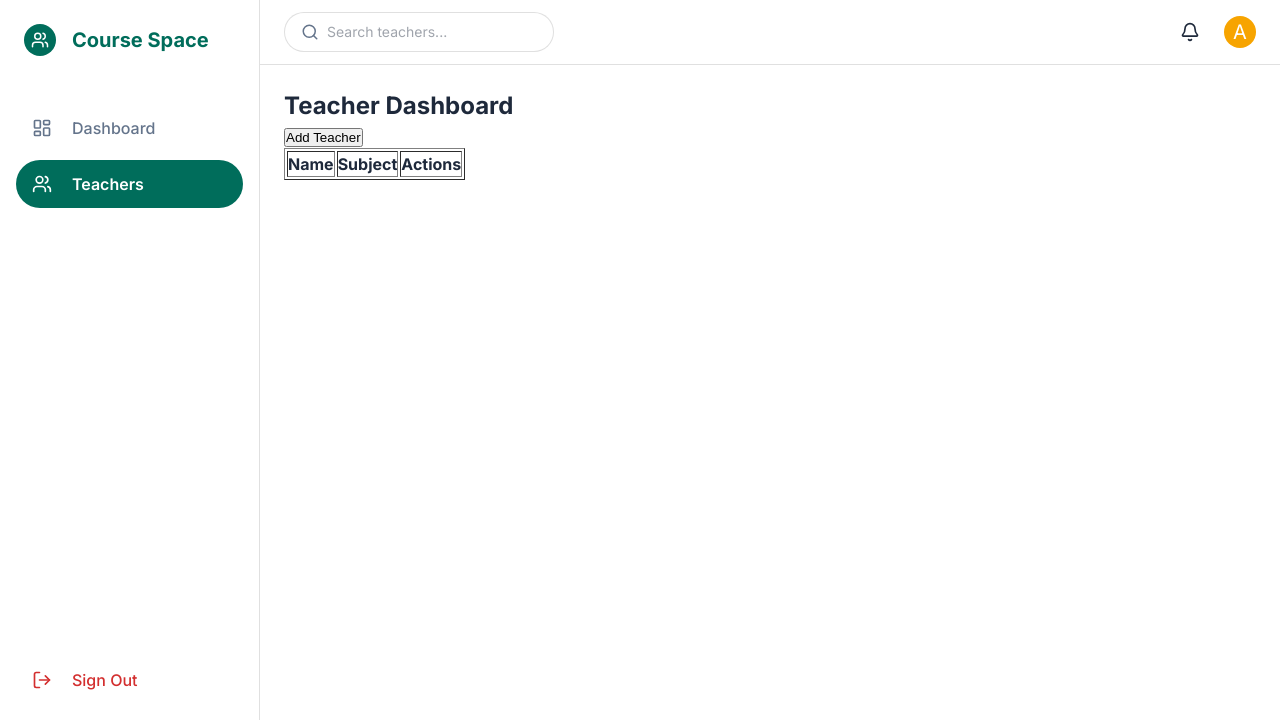
Repository: int-sonu/teacher_management_dashboard
Page: /teachers
The author's editor kept a copy of each file at every save. The page is drawn from the files as they stood at one save, then again after the next save.
The browser window is 1280 px wide. The pictures show the whole page.
The page's requests for data from a server got no answer. The project was rebuilt for these pictures with package versions that can differ from the ones it lists, and the page was loaded fresh each time. No one was signed in, and anything a server would have sent is missing. Also part of the build but not shown: vite.config.ts, src/components/layout/PublicLayout.tsx, src/pages/DashboardHome.tsx, src/features/teachers/TeacherForm.tsx, src/features/teachers/TeacherDetail.tsx, src/pages/LandingPage.tsx, src/api/axiosClient.ts, src/api/authApi.ts and 3 more.

Above is the page before, as saved 2026-03-26 02:49:27.

### index.html
<!DOCTYPE html>
<html lang="en">
  <head>
    <meta charset="UTF-8" />
    <link rel="icon" type="image/svg+xml" href="/vite.svg" />
    <meta name="viewport" content="width=device-width, initial-scale=1.0" />
    <title>TeacherOS - Professional Dashboard</title>
    <link rel="preconnect" href="https://fonts.googleapis.com">
    <link rel="preconnect" href="https://fonts.gstatic.com" crossorigin>
    <link href="https://fonts.googleapis.com/css2?family=Inter:wght@300;400;500;600;700;800;900&display=swap" rel="stylesheet">
  </head>
  <body>
    <div id="root"></div>
    <script type="module" src="/src/main.tsx"></script>
  </body>
</html>

### src/main.tsx
import { StrictMode } from 'react'
import { createRoot } from 'react-dom/client'
import { Provider } from 'react-redux'
import { store } from './app/store'
import App from './App.tsx'
import './styles/global.css'
import './styles/glassmorphism.css'

createRoot(document.getElementById('root')!).render(
  <StrictMode>
    <Provider store={store}>
      <App />
    </Provider>
  </StrictMode>,
)

### src/app/store.ts
import { configureStore } from '@reduxjs/toolkit';
import teacherReducer from '../features/teachers/teacherSlice';
import toastReducer from '../features/toast/toastSlice';

export const store = configureStore({
  reducer: {
    teachers: teacherReducer,
    toast: toastReducer,
  },
});

export type RootState = ReturnType<typeof store.getState>;
export type AppDispatch = typeof store.dispatch;

### src/App.tsx
import { BrowserRouter as Router, Routes, Route, Navigate } from 'react-router-dom';
import { ThemeProvider } from '@mui/material/styles';
import CssBaseline from '@mui/material/CssBaseline';
import theme from './theme';
import DashboardLayout from './components/layout/DashboardLayout';
import PublicLayout from './components/layout/PublicLayout';
import DashboardHome from './pages/DashboardHome';
import TeachersPage from './pages/TeachersPage';
import LandingPage from './pages/LandingPage';
import { AboutPage, ContactPage, AuthPage } from './pages/StaticPages';
import Toast from './components/common/Toast';

const App = () => {
  return (
    <ThemeProvider theme={theme}>
      <CssBaseline />
      <Router>
        <Routes>
          {/* Public Routes */}
          <Route path="/" element={<PublicLayout><LandingPage /></PublicLayout>} />
          <Route path="/about" element={<PublicLayout><AboutPage /></PublicLayout>} />
          <Route path="/contact" element={<PublicLayout><ContactPage /></PublicLayout>} />
          <Route path="/login" element={<PublicLayout><AuthPage mode="login" /></PublicLayout>} />
          <Route path="/register" element={<PublicLayout><AuthPage mode="register" /></PublicLayout>} />

          {/* Dashboard Routes */}
          <Route path="/dashboard" element={<DashboardLayout><DashboardHome /></DashboardLayout>} />
          <Route path="/teachers" element={<DashboardLayout><TeachersPage /></DashboardLayout>} />

          {/* Catch all */}
          <Route path="*" element={<Navigate to="/" replace />} />
        </Routes>
        <Toast />
      </Router>
    </ThemeProvider>
  );
};

export default App;

### src/features/teachers/teacherSlice.ts
import { createSlice, createAsyncThunk } from "@reduxjs/toolkit";
import * as api from "../../api/teacherApi";

export interface Teacher {
  id: number;
  name: string;
  subject: string;
}

interface TeacherState {
  teachers: Teacher[];
  selectedTeacher: Teacher | null;
  loading: boolean;
  error: string | null;
}

const initialState: TeacherState = {
  teachers: [],
  selectedTeacher: null,
  loading: false,
  error: null,
};

// 🔥 THUNKS

export const fetchTeachers = createAsyncThunk(
  "teachers/fetchAll",
  async () => await api.getTeachers()
);

// 🔥 FIXED (THIS WAS MISSING)
export const fetchTeacherById = createAsyncThunk(
  "teachers/fetchById",
  async (id: number) => await api.getTeacherById(id)
);

export const addTeacher = createAsyncThunk(
  "teachers/add",
  async (data: Teacher) => await api.createTeacher(data)
);

export const updateTeacher = createAsyncThunk(
  "teachers/update",
  async ({ id, data }: { id: number; data: Teacher }) =>
    await api.updateTeacher(id, data)
);

export const deleteTeacher = createAsyncThunk(
  "teachers/delete",
  async (id: number) => await api.deleteTeacherApi(id)
);

// 🔥 SLICE
const teacherSlice = createSlice({
  name: "teachers",
  initialState,
  reducers: {},
  extraReducers: (builder) => {
    builder
      // FETCH ALL
      .addCase(fetchTeachers.pending, (state) => {
        state.loading = true;
      })
      .addCase(fetchTeachers.fulfilled, (state, action) => {
        state.loading = false;
        state.teachers = action.payload.data || action.payload;
      })
      .addCase(fetchTeachers.rejected, (state) => {
        state.loading = false;
        state.error = "Failed to fetch";
      })

      // 🔥 FETCH BY ID
      .addCase(fetchTeacherById.fulfilled, (state, action) => {
        state.selectedTeacher = action.payload;
      })

      // ADD
      .addCase(addTeacher.fulfilled, (state, action) => {
        state.teachers.push(action.payload);
      })

      // UPDATE
      .addCase(updateTeacher.fulfilled, (state, action) => {
        const index = state.teachers.findIndex(
          (t) => t.id === action.payload.id
        );
        if (index !== -1) {
          state.teachers[index] = action.payload;
        }
      })

      // DELETE
      .addCase(deleteTeacher.fulfilled, (state, action) => {
        state.teachers = state.teachers.filter(
          (t) => t.id !== action.payload
        );
      });
  },
});

export default teacherSlice.reducer;

### src/features/toast/toastSlice.ts
import { createSlice } from '@reduxjs/toolkit';
import type { PayloadAction } from '@reduxjs/toolkit';

export interface ToastMessage {
  id: string;
  type: 'success' | 'error' | 'info';
  message: string;
}

interface ToastState {
  messages: ToastMessage[];
}

const initialState: ToastState = {
  messages: [],
};

const toastSlice = createSlice({
  name: 'toast',
  initialState,
  reducers: {
    showToast: (state, action: PayloadAction<Omit<ToastMessage, 'id'>>) => {
      const id = Date.now().toString();
      state.messages.push({ ...action.payload, id });
    },
    hideToast: (state, action: PayloadAction<string>) => {
      state.messages = state.messages.filter((m) => m.id !== action.payload);
    },
  },
});

export const { showToast, hideToast } = toastSlice.actions;
export default toastSlice.reducer;

### src/theme.ts
import { createTheme } from '@mui/material/styles';

const theme = createTheme({
  palette: {
    primary: {
      main: '#006d5b', // The deep green from the design
      contrastText: '#ffffff',
    },
    secondary: {
      main: '#f7a400', // The yellow/orange accent
    },
    background: {
      default: '#ffffff',
      paper: '#ffffff',
    },
    text: {
      primary: '#1e293b',
      secondary: '#64748b',
    },
  },
  typography: {
    fontFamily: '"Inter", "Roboto", "Helvetica", "Arial", sans-serif',
    h1: {
      fontWeight: 900,
      letterSpacing: '-0.02em',
    },
    h2: {
      fontWeight: 800,
      letterSpacing: '-0.01em',
    },
    button: {
      textTransform: 'none',
      fontWeight: 700,
    },
  },
  shape: {
    borderRadius: 12,
  },
  components: {
    MuiButton: {
      styleOverrides: {
        root: {
          padding: '10px 24px',
          boxShadow: 'none',
          '&:hover': {
            boxShadow: 'none',
          },
        },
        containedPrimary: {
          backgroundColor: '#006d5b',
          '&:hover': {
            backgroundColor: '#005a4a',
          },
        },
      },
    },
    MuiAppBar: {
      styleOverrides: {
        root: {
          backgroundColor: '#ffffff',
          color: '#1e293b',
          boxShadow: 'none',
          borderBottom: '1px solid #f1f5f9',
        },
      },
    },
  },
});

export default theme;

### src/components/layout/DashboardLayout.tsx
import React, { useState } from 'react';
import { NavLink, useLocation, useNavigate } from 'react-router-dom';
import {
  Box, Drawer, AppBar, Toolbar, Typography, List, ListItem,
  ListItemButton, ListItemIcon, ListItemText, IconButton, Avatar,
  InputBase, useTheme
} from '@mui/material';
import { LayoutDashboard, Users, LogOut, Search, Bell, Menu, Info, Mail } from 'lucide-react';

const DRAWER_WIDTH = 260;

const DashboardLayout: React.FC<{ children: React.ReactNode }> = ({ children }) => {
  const theme = useTheme();
  const location = useLocation();
  const navigate = useNavigate();
  const [mobileOpen, setMobileOpen] = useState(false);

  const handleDrawerToggle = () => {
    setMobileOpen(!mobileOpen);
  };

  const navItems = [
    { to: '/dashboard', icon: <LayoutDashboard size={20} />, label: 'Dashboard' },
    { to: '/teachers', icon: <Users size={20} />, label: 'Teachers' },

  ];

  const drawer = (
    <Box sx={{ display: 'flex', flexDirection: 'column', height: '100%' }}>
      <Box sx={{ p: 3, display: 'flex', alignItems: 'center', gap: 2, mb: 2 }}>
        <Box sx={{
          width: 32, height: 32, borderRadius: 2,
          bgcolor: 'primary.main', display: 'flex',
          alignItems: 'center', justifyContent: 'center'
        }}>
          <Users size={18} color="#fff" />
        </Box>
        <Typography variant="h6" fontWeight="bold" color="primary.main">
          Course Space
        </Typography>
      </Box>

      <List sx={{ px: 2, flex: 1 }}>
        {navItems.map((item) => {
          const isActive = location.pathname.startsWith(item.to);
          return (
            <ListItem key={item.to} disablePadding sx={{ mb: 1 }}>
              <ListItemButton
                component={NavLink}
                to={item.to}
                sx={{
                  borderRadius: 2,
                  bgcolor: isActive ? 'primary.main' : 'transparent',
                  color: isActive ? 'primary.contrastText' : 'text.secondary',
                  '&:hover': {
                    bgcolor: isActive ? 'rgba(0, 109, 91, 0.9)' : 'rgba(0,0,0,0.04)',
                  },
                }}
              >
                <ListItemIcon sx={{
                  color: 'inherit',
                  minWidth: 40
                }}>
                  {item.icon}
                </ListItemIcon>
                <ListItemText
                  primary={item.label}
                  primaryTypographyProps={{ fontWeight: isActive ? 600 : 500 }}
                />
              </ListItemButton>
            </ListItem>
          );
        })}
      </List>

      <Box sx={{ p: 2 }}>
        <ListItem disablePadding>
          <ListItemButton
            onClick={() => navigate('/')}
            sx={{ borderRadius: 2, color: 'error.main', '&:hover': { bgcolor: 'error.light', color: 'error.contrastText' } }}
          >
            <ListItemIcon sx={{ color: 'inherit', minWidth: 40 }}>
              <LogOut size={20} />
            </ListItemIcon>
            <ListItemText primary="Sign Out" primaryTypographyProps={{ fontWeight: 500 }} />
          </ListItemButton>
        </ListItem>
      </Box>
    </Box>
  );

  return (
    <Box sx={{ display: 'flex', minHeight: '100vh', bgcolor: 'background.default' }}>
      <AppBar
        position="fixed"
        sx={{
          width: { md: `calc(100% - ${DRAWER_WIDTH}px)` },
          ml: { md: `${DRAWER_WIDTH}px` },
          bgcolor: 'background.paper',
          borderBottom: '1px solid',
          borderColor: 'divider',
          boxShadow: 'none',
          color: 'text.primary',
          borderRadius: 0,
          p: 0,
        }}
      >
        <Toolbar sx={{ justifyContent: 'space-between' }}>
          <Box sx={{ display: 'flex', alignItems: 'center' }}>
            <IconButton
              color="inherit"
              edge="start"
              onClick={handleDrawerToggle}
              sx={{ mr: 2, display: { md: 'none' } }}
            >
              <Menu />
            </IconButton>

            <Box sx={{
              display: { xs: 'none', sm: 'flex' },
              alignItems: 'center',
              bgcolor: 'background.default',
              borderRadius: 3,
              px: 2, py: 0.5,
              border: '1px solid',
              borderColor: 'divider',
            }}>
              <Search size={18} color={theme.palette.text.secondary} />
              <InputBase
                placeholder="Search teachers..."
                sx={{ ml: 1, flex: 1, color: 'text.primary', fontSize: '0.875rem' }}
              />
            </Box>
          </Box>

          <Box sx={{ display: 'flex', alignItems: 'center', gap: 2 }}>
            <IconButton color="inherit">
              <Bell size={20} />
            </IconButton>
            <Avatar sx={{ bgcolor: 'secondary.main', width: 32, height: 32 }}>
              A
            </Avatar>
          </Box>
        </Toolbar>
      </AppBar>

      <Box
        component="nav"
        sx={{ width: { md: DRAWER_WIDTH }, flexShrink: { md: 0 } }}
      >
        <Drawer
          variant="temporary"
          open={mobileOpen}
          onClose={handleDrawerToggle}
          ModalProps={{ keepMounted: true }}
          sx={{
            display: { xs: 'block', md: 'none' },
            '& .MuiDrawer-paper': { boxSizing: 'border-box', width: DRAWER_WIDTH, borderRight: 'none', borderRadius: 0, p: 0 },
          }}
        >
          {drawer}
        </Drawer>
        <Drawer
          variant="permanent"
          sx={{
            display: { xs: 'none', md: 'block' },
            '& .MuiDrawer-paper': { boxSizing: 'border-box', width: DRAWER_WIDTH, borderRadius: 0, p: 0 },
          }}
          open
        >
          {drawer}
        </Drawer>
      </Box>

      <Box
        component="main"
        sx={{
          flexGrow: 1,
          p: 3,
          width: { md: `calc(100% - ${DRAWER_WIDTH}px)` },
          mt: '64px',
        }}
      >
        {children}
      </Box>
    </Box>
  );
};

export default DashboardLayout;

### src/pages/TeachersPage.tsx
import React, { useState } from 'react';
import { useAppDispatch } from '../app/hooks';
import TeacherList from '../features/teachers/TeacherList';
import TeacherForm from '../features/teachers/TeacherForm';
import TeacherDetail from '../features/teachers/TeacherDetail';
import type { Teacher } from '../types/teacher';
import { fetchTeachers, fetchTeacherById } from '../features/teachers/teacherSlice';
import { showToast } from '../features/toast/toastSlice';
import { Dialog, DialogContent, DialogTitle, Box, IconButton } from '@mui/material';
import { X } from 'lucide-react';

const TeachersPage: React.FC = () => {
  const dispatch = useAppDispatch();
  const [isFormOpen, setIsFormOpen] = useState(false);
  const [isDetailOpen, setIsDetailOpen] = useState(false);
  const [editingTeacher, setEditingTeacher] = useState<Teacher | null>(null);
  const [viewingTeacher, setViewingTeacher] = useState<Teacher | null>(null);

  const handleEdit = (teacher: Teacher) => {
    setEditingTeacher(teacher);
    setIsFormOpen(true);
  };

  const handleView = async (teacher: Teacher) => {
    try {
      const resultAction = await dispatch(fetchTeacherById(teacher.id)).unwrap();
      setViewingTeacher(resultAction);
      setIsDetailOpen(true);
    } catch (e: any) {
      dispatch(showToast({ type: 'error', message: e.message || "Failed to load teacher details" }));
    }
  };

  const handleAdd = () => {
    setEditingTeacher(null);
    setIsFormOpen(true);
  };

  const handleFormSuccess = () => {
    setIsFormOpen(false);
    setEditingTeacher(null);
    dispatch(fetchTeachers());
  };

  return (
    <Box sx={{ maxWidth: '1200px', mx: 'auto' }}>
      <TeacherList
        onEdit={handleEdit}
        onView={handleView}
        onAdd={handleAdd}
      />

      <Dialog
        open={isFormOpen}
        onClose={() => setIsFormOpen(false)}
        maxWidth="md"
        fullWidth
        PaperProps={{ sx: { borderRadius: 3, p: 1 } }}
      >
        <DialogTitle sx={{ display: 'flex', justifyContent: 'space-between', alignItems: 'center', pb: 1 }}>
          <Box sx={{ fontWeight: 'bold', fontSize: '1.25rem' }}>
            {editingTeacher ? 'Update Academic Profile' : 'Register New Teacher'}
          </Box>
          <IconButton onClick={() => setIsFormOpen(false)} size="small">
            <X size={20} />
          </IconButton>
        </DialogTitle>
        <DialogContent dividers sx={{ borderTop: 0, borderBottom: 0 }}>
          <TeacherForm
            teacher={editingTeacher}
            onSuccess={handleFormSuccess}
            onCancel={() => setIsFormOpen(false)}
          />
        </DialogContent>
      </Dialog>

      <Dialog
        open={isDetailOpen}
        onClose={() => setIsDetailOpen(false)}
        maxWidth="sm"
        fullWidth
        PaperProps={{ sx: { borderRadius: 3, p: 1 } }}
      >
        <DialogTitle sx={{ display: 'flex', justifyContent: 'space-between', alignItems: 'center', pb: 1 }}>
          <Box sx={{ fontWeight: 'bold', fontSize: '1.25rem' }}>
            Teacher Profile
          </Box>
          <IconButton onClick={() => setIsDetailOpen(false)} size="small">
            <X size={20} />
          </IconButton>
        </DialogTitle>
        <DialogContent dividers sx={{ borderTop: 0, borderBottom: 0 }}>
          {viewingTeacher && <TeacherDetail teacher={viewingTeacher} />}
        </DialogContent>
      </Dialog>
    </Box>
  );
};

export default TeachersPage;

### src/components/common/Toast.tsx
import React, { useEffect } from 'react';
import { useAppDispatch, useAppSelector } from '../../app/hooks';
import { hideToast } from '../../features/toast/toastSlice';
import type { ToastMessage } from '../../features/toast/toastSlice';
import { motion, AnimatePresence } from 'framer-motion';
import { CheckCircle, XCircle, Info, X } from 'lucide-react';

const ToastContainer: React.FC = () => {
  const { messages } = useAppSelector((state) => state.toast);
  const dispatch = useAppDispatch();

  return (
    <div className="fixed bottom-8 right-8 z-[100] flex flex-col gap-3">
      <AnimatePresence>
        {messages.map((toast) => (
          <ToastItem key={toast.id} toast={toast} onHide={(id) => dispatch(hideToast(id))} />
        ))}
      </AnimatePresence>
    </div>
  );
};

const ToastItem = ({ toast, onHide }: { toast: ToastMessage, onHide: (id: string) => void }) => {
  useEffect(() => {
    const timer = setTimeout(() => onHide(toast.id), 5000);
    return () => clearTimeout(timer);
  }, [toast.id, onHide]);

  const icons = {
    success: <CheckCircle className="text-emerald-400" size={20} />,
    error: <XCircle className="text-red-400" size={20} />,
    info: <Info className="text-sky-400" size={20} />,
  };

  const bgColors = {
    success: 'bg-emerald-500/10 border-emerald-500/20',
    error: 'bg-red-500/10 border-red-500/20',
    info: 'bg-sky-500/10 border-sky-500/20',
  };

  return (
    <motion.div
      initial={{ opacity: 0, x: 50, scale: 0.9 }}
      animate={{ opacity: 1, x: 0, scale: 1 }}
      exit={{ opacity: 0, x: 20, scale: 0.9 }}
      className={`glass-panel p-4 flex items-center gap-3 min-w-[320px] max-w-md shadow-2xl border ${bgColors[toast.type]}`}
    >
      {icons[toast.type]}
      <p className="flex-1 text-sm font-medium text-slate-200">{toast.message}</p>
      <button onClick={() => onHide(toast.id)} className="text-slate-400 hover:text-white">
        <X size={16} />
      </button>
    </motion.div>
  );
};

export default ToastContainer;

### src/api/teacherApi.ts
import axios from "axios";

const API_URL = "/api";

// GET ALL
export const getTeachers = async () => {
  const res = await axios.get(`${API_URL}/Teachers`);
  return res.data;
};

// 🔥 GET BY ID (ADDED)
export const getTeacherById = async (id: number) => {
  const res = await axios.get(`${API_URL}/Teachers/${id}`);
  return res.data;
};

// ADD
export const createTeacher = async (data: any) => {
  const res = await axios.post(`${API_URL}/Teachers`, data);
  return res.data;
};

// UPDATE
export const updateTeacher = async (id: number, data: any) => {
  const res = await axios.put(`${API_URL}/Teachers/${id}`, data);
  return res.data;
};

// DELETE
export const deleteTeacherApi = async (id: number) => {
  await axios.delete(`${API_URL}/Teachers/${id}`);
  return id;
};

### src/app/hooks.ts
import { useDispatch, useSelector } from 'react-redux';
import type { TypedUseSelectorHook } from 'react-redux';
import type { RootState, AppDispatch } from './store';

// Use throughout your app instead of plain `useDispatch` and `useSelector`
export const useAppDispatch = () => useDispatch<AppDispatch>();
export const useAppSelector: TypedUseSelectorHook<RootState> = useSelector;

### src/features/teachers/TeacherList.tsx
import { useEffect, useState } from "react";
import { useAppDispatch, useAppSelector } from "../../app/hooks";
import {
  fetchTeachers,
  deleteTeacher,
} from "./teacherSlice";
import TeacherForm from "./TeacherForm";

const TeacherList = () => {
  const dispatch = useAppDispatch();
  const { teachers, loading } = useAppSelector((s) => s.teachers);

  const [showForm, setShowForm] = useState(false);
  const [editingTeacher, setEditingTeacher] = useState<any>(null);

  useEffect(() => {
    dispatch(fetchTeachers());
  }, [dispatch]);

  if (loading) return <p>Loading...</p>;

  return (
    <div>
      <h2>Teacher Dashboard</h2>

      {/* 🔥 ADD BUTTON */}
      <button onClick={() => {
        setShowForm(true);
        setEditingTeacher(null);
      }}>
        Add Teacher
      </button>

      {/* 🔥 FORM (ADD + EDIT) */}
      {(showForm || editingTeacher) && (
        <TeacherForm
          editData={editingTeacher}
          onClose={() => {
            setShowForm(false);
            setEditingTeacher(null);
          }}
        />
      )}

      <table border={1} cellPadding={10}>
        <thead>
          <tr>
            <th>Name</th>
            <th>Subject</th>
            <th>Actions</th>
          </tr>
        </thead>

        <tbody>
          {teachers.map((t) => (
            <tr key={t.id}>
              <td>{t.name}</td>
              <td>{t.subject}</td>
              <td>
                <button onClick={() => {
                  setEditingTeacher(t);
                  setShowForm(true);
                }}>
                  Edit
                </button>

                <button onClick={() => dispatch(deleteTeacher(t.id))}>
                  Delete
                </button>
              </td>
            </tr>
          ))}
        </tbody>
      </table>
    </div>
  );
};

export default TeacherList;

Loaded but not shown: src/styles/global.css (193 lines, source omitted)

After the next save:
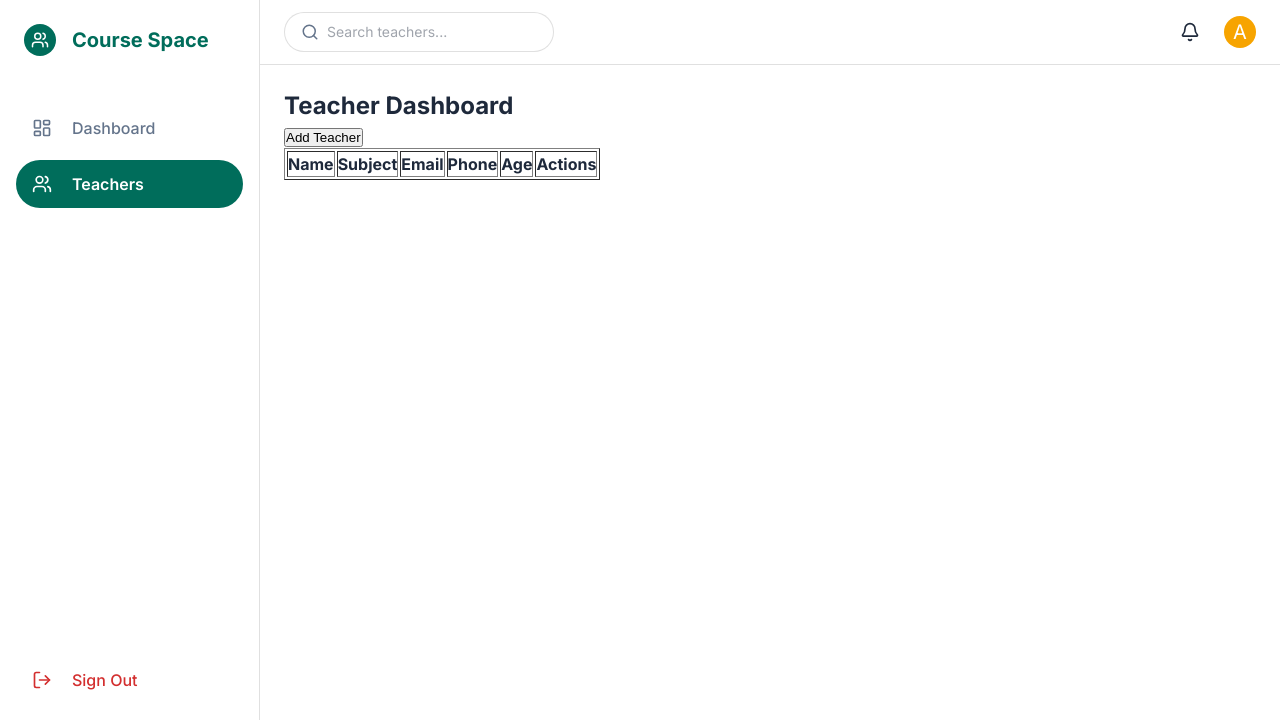
Saved 4 min 3 s later.
--- a/src/features/teachers/TeacherList.tsx
+++ b/src/features/teachers/TeacherList.tsx
@@ -23,15 +23,17 @@ const TeacherList = () => {
     <div>
       <h2>Teacher Dashboard</h2>
 
-      {/* 🔥 ADD BUTTON */}
-      <button onClick={() => {
-        setShowForm(true);
-        setEditingTeacher(null);
-      }}>
+      {/* ADD BUTTON */}
+      <button
+        onClick={() => {
+          setShowForm(true);
+          setEditingTeacher(null);
+        }}
+      >
         Add Teacher
       </button>
 
-      {/* 🔥 FORM (ADD + EDIT) */}
+      {/* FORM */}
       {(showForm || editingTeacher) && (
         <TeacherForm
           editData={editingTeacher}
@@ -47,6 +49,9 @@ const TeacherList = () => {
           <tr>
             <th>Name</th>
             <th>Subject</th>
+            <th>Email</th>     {/* 🔥 NEW */}
+            <th>Phone</th>     {/* 🔥 NEW */}
+            <th>Age</th>       {/* 🔥 NEW */}
             <th>Actions</th>
           </tr>
         </thead>
@@ -56,11 +61,17 @@ const TeacherList = () => {
             <tr key={t.id}>
               <td>{t.name}</td>
               <td>{t.subject}</td>
+              <td>{t.email}</td>     {/* 🔥 NEW */}
+              <td>{t.phone}</td>     {/* 🔥 NEW */}
+              <td>{t.age}</td>       {/* 🔥 NEW */}
+
               <td>
-                <button onClick={() => {
-                  setEditingTeacher(t);
-                  setShowForm(true);
-                }}>
+                <button
+                  onClick={() => {
+                    setEditingTeacher(t);
+                    setShowForm(true);
+                  }}
+                >
                   Edit
                 </button>
 
